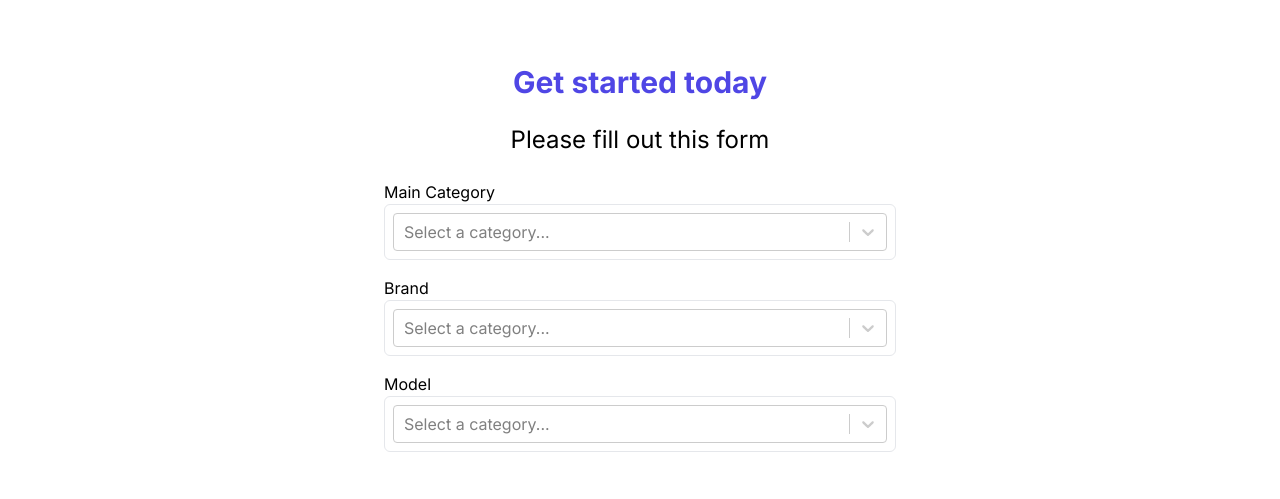
Repository: abdulrahmanmahmood/Mazaady-Portal-Frontend-Task-react-next--1
Page: /
The author's editor kept a copy of each file at every save. The page is drawn from the files as they stood at one save, then again after a run of saves.
The browser window is 1280 px wide. The pictures show the whole page.
The page's requests for data from a server got no answer. The project was rebuilt for these pictures with package versions that can differ from the ones it lists, and the page was loaded fresh each time. The framework's server and built-in components were replaced by stand-ins that run in the browser. No one was signed in, and anything a server would have sent is missing. Also part of the build but not shown: next.config.mjs.

Above is the page before, as saved 2024-01-29 20:47:31.

### app/page.js
"use client";
import Image from "next/image";
import Select from "react-select";
import { useEffect, useState } from "react";
import MCApis from "./_utils/MCApis";
import CarsModels from "./_utils/CarsModels";
import Cars from "./components/Cars";

export default function Home() {
  const [cats, setCats] = useState([]);
  const [selectedCat, setSelectedCat] = useState(null);
  const [selectedCatChildren, setSelectedCatChildren] = useState([]);
  const [selectedChild, setSelectedChild] = useState(null);
  const [selectedProperty, setSelectedProperty] = useState(null);
  const [otherValue, setOtherValue] = useState("");
  const [CarBrand,setCarBrand] = useState([])
  const [CarModel,setCarModel] = useState([])

  useEffect(() => {
    getAllCategories();
    getCarsBrand()
    getCarsModel()
  }, []);

  const getAllCategories = () => {
    MCApis.getAllCats().then((res) => {
      setCats(res.data.data.categories);
      // console.log(res.data.data.categories);
    });
  };
  const getCarsBrand=()=>{
    CarsModels.getCarBrand().then((res)=>{
      // console.log('cars brands',res.data.data[1].options);
      setCarBrand(res.data.data[1].options)
    })
  }

  const getCarsModel=()=>{
    CarsModels.getCarModel().then((res)=>{
      console.log('cars models',res.data.data[0].options);
      setCarModel(res.data.data[0].options)
    })
  }


  const handleChange = (selectedOption) => {
    const selectedCatItem = cats.find((cat) => cat.id === selectedOption.value);

    setSelectedCat(selectedOption);
    setSelectedCatChildren(selectedCatItem?.children || []);
    setSelectedChild(null);
    setSelectedProperty(null);
    setOtherValue("");
  };

  const handleChildChange = (selectedChildOption) => {
    setSelectedChild(selectedChildOption);
    setSelectedProperty(null);
    setOtherValue("");
  };

  const handlePropertyChange = (selectedPropertyOption) => {
    setSelectedProperty(selectedPropertyOption);
    if (selectedPropertyOption?.value !== "other") {
      setOtherValue("");
    }
  };

  return (
    <div className="mx-auto max-w-screen-xl px-4 py-16 sm:px-6 lg:px-8">
      <div className="mx-auto max-w-lg">
        <h1 className="text-center text-2xl font-bold text-indigo-600 sm:text-3xl">
          Get started today
        </h1>

        <h2 className="text-center text-2xl py-6">Please fill out this form</h2>

        {/* Main Category Dropdown */}
        <label htmlFor="main-category" className="">Main Category</label>
        <Select
        id="main-category"
          options={cats.map((item) => ({
            value: item?.id,
            label: item?.name,
          }))}
          onChange={handleChange}
          value={selectedCat}
          placeholder="Select a category..."
          className="p-2 border rounded-md focus:outline-none focus:ring focus:border-blue-300 mb-4 w-full"
        />

        {/* Children Category Dropdown */}
        {selectedCat && selectedCatChildren.length > 0 && (
    <>
          <label htmlFor="main-category" className="">Sub Category</label>

            <Select
              options={selectedCatChildren.map((child) => ({
                value: child.id,
                label: child.name,
              }))}
              onChange={handleChildChange}
              value={selectedChild}
              placeholder="Select a sub-category..."
              className="p-2 border rounded-md focus:outline-none focus:ring focus:border-blue-300 mb-4 w-full"
            />
    </>
        )}

        {/* Property Dropdown */}
        {selectedChild && (
<>
<label htmlFor="main-category" className="">Process Type</label>

            <Select
              options={(selectedChild?.properties || [])
                .map((property) => ({
                  value: property,
                  label: property,
                }))
                .concat([{ value: "other", label: "Other" }])}
              onChange={handlePropertyChange}
              value={selectedProperty}
              placeholder="Select a property..."
              className="p-2 border rounded-md focus:outline-none focus:ring focus:border-blue-300 mb-4 w-full"
            />
</>
        )}

        {/* Display Selected Category, Children, and Property */}
        {selectedCat && (
          <>
            {selectedProperty && selectedProperty.value === "other" && (
              <input
                type="text"
                value={otherValue}
                onChange={(e) => setOtherValue(e.target.value)}
                placeholder="From user"
                className="mt-4 w-full rounded-md shadow-sm p-3 border"
              />
            )}
            {/* ... (your existing code) */}
          </>
        )}

              <div >
                <Cars carsBrand={CarBrand} carsModels={CarModel}/>
              </div>






      </div>
    </div>
  );
}

### app/_utils/MCApis.js
const { default: axiosClient } = require("./axiosClient");

const getAllCats = ()=>axiosClient.get('/get_all_cats?=');

export default {
  getAllCats
}

### app/_utils/CarsModels.js
const { default: axiosClient } = require("./axiosClient");

const getCarBrand = () => axiosClient.get("/properties?cat=13 (2)");
const getCarModel = () => axiosClient.get("get-options-child/22");

export default {
  getCarBrand,
  getCarModel,
};

### app/components/Cars.js
import React from "react";
import Select from "react-select";


const Cars = ({carsBrand,carsModels}) => {
  return (
    <>
      <label htmlFor="main-category" className="">
        Brand
      </label>
      <Select
        id="main-category"
        options={carsBrand.map((item) => ({
          value: item?.id,
          label: item?.name,
        }))}
        // onChange={handleChange}
        // value={selectedCat}
        placeholder="Select a category..."
        className="p-2 border rounded-md focus:outline-none focus:ring focus:border-blue-300 mb-4 w-full"
      />
            <label htmlFor="main-category" className="">
        Model
      </label>
      <Select
        id="main-category"
        options={carsModels.map((item) => ({
          value: item?.id,
          label: item?.name,
        }))}
        // onChange={handleChange}
        // value={selectedCat}
        placeholder="Select a category..."
        className="p-2 border rounded-md focus:outline-none focus:ring focus:border-blue-300 mb-4 w-full"
      />
    </>
  );
};

export default Cars;

### app/_utils/axiosClient.js
const { default: axios } = require("axios");


const apiUrl = "https://staging.mazaady.com/api/v1";
const headers = {
  "private-key": "3%o8i}_;3D4bF]G5@22r2)Et1&mLJ4?$@+16"
};

const axiosClient = axios.create({
  baseURL:apiUrl,
  headers:headers

});

export default axiosClient;

Loaded but not shown: app/layout.js (common file); app/globals.css (common file); tailwind.config.js (common file)

After the next 2 saves:
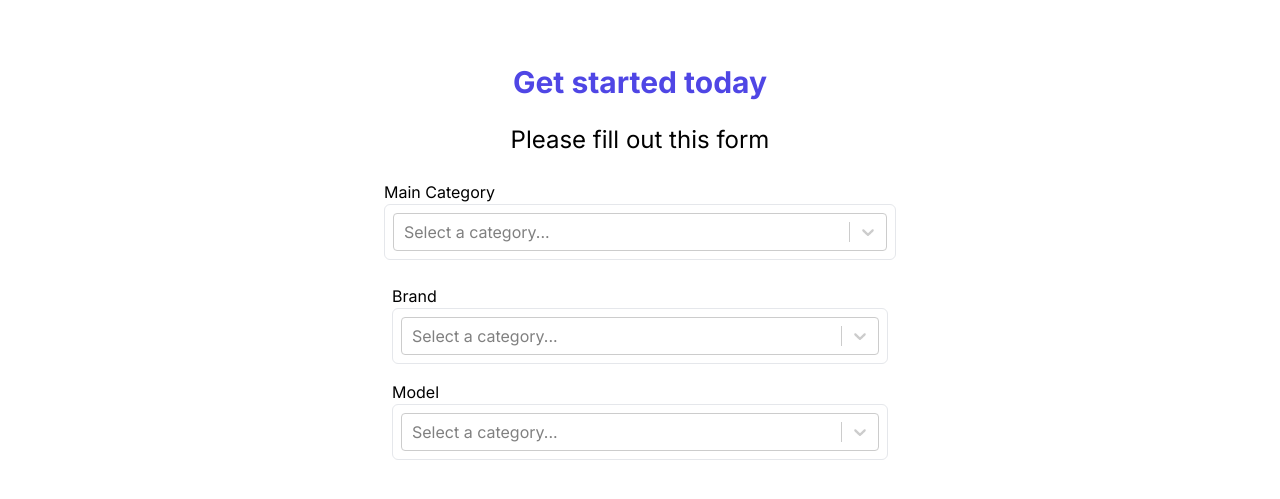
The 2 saves are shown as one change because they came seconds apart.
The last was saved 20 s later.
--- a/app/page.js
+++ b/app/page.js
@@ -143,7 +143,7 @@ export default function Home() {
           </>
         )}
 
-              <div >
+              <div  className="p-2">
                 <Cars carsBrand={CarBrand} carsModels={CarModel}/>
               </div>
 
